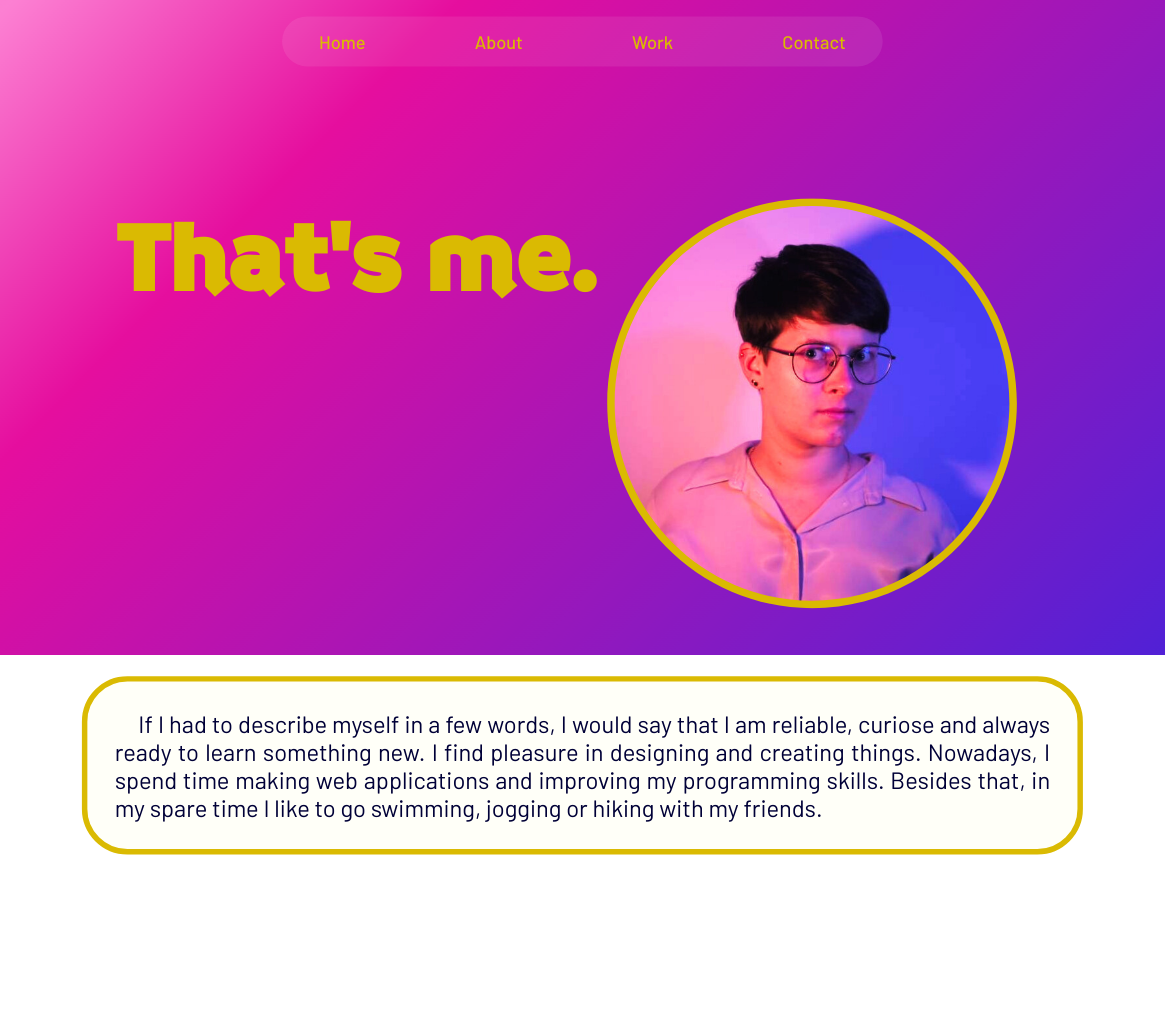
Repository: JJonka/portfolio_site
Page: /about
The author's editor kept a copy of each file at every save. The page is drawn from the files as they stood at one save, then again after the next save.
The browser window is 1280 px wide. The pictures show the whole page, at 91% of full size.
The project was rebuilt for these pictures with package versions that can differ from the ones it lists, and the page was loaded fresh each time. Also part of the build but not shown: vite.config.ts, src/pages/HomePage.tsx, src/components/LogoIcon.module.scss, src/components/LogoIcon.tsx, src/pages/Contact.tsx, src/pages/Work.module.scss, src/pages/Work.tsx.

Above is the page before, as saved 2023-10-08 16:16:00.

After the next save:
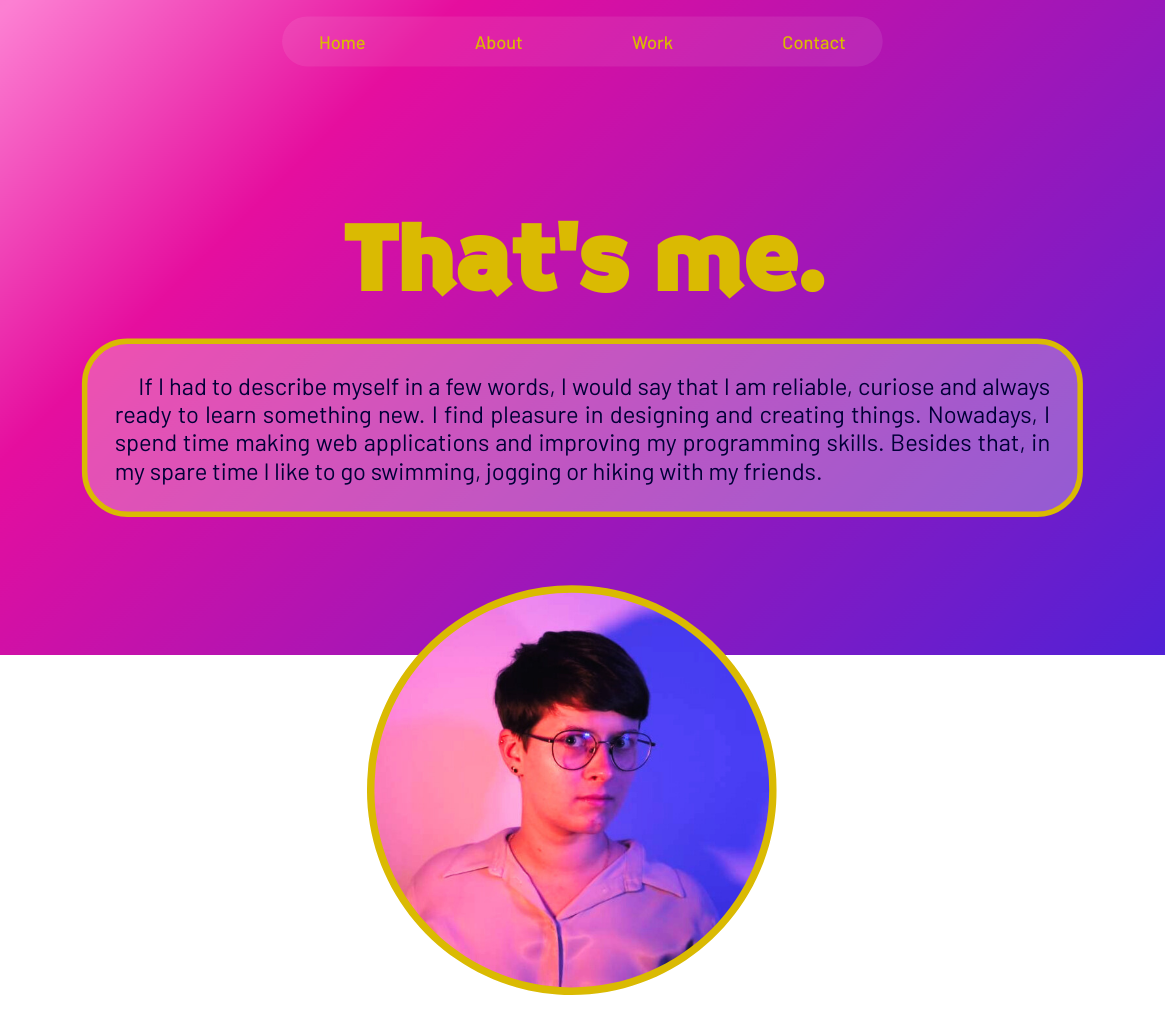
Saved 3 min 18 s later.
--- a/src/pages/About.tsx
+++ b/src/pages/About.tsx
@@ -7,19 +7,17 @@ const About = () => {
         <div className={styles.card}>
             <Menu></Menu>
             <div className={styles.container}>
-                <div className={styles.headerPic}>
+                <div className={styles.text}>
                     <h1 className={styles.header}>That's me.</h1>
-                    <img src="/src/assets/jj.svg" className={styles.image} alt="Jo_pic"></img>
+                    <div className={styles.box}>
+                        <p className={styles.aboutMe}>&emsp;If I had to describe myself in a few words, I would say that I am reliable,
+                            curiose and always ready to learn something new. I find pleasure in designing and creating things. Nowadays,
+                            I spend time making web applications and improving my programming skills. Besides that, in my spare time
+                            I like to go swimming, jogging or hiking with my friends.
+                        </p>
+                    </div>
                 </div>
-                <div className={styles.box}>
-                    <p className={styles.aboutMe}>&emsp;If I had to describe myself in a few words, I would say that I am reliable,
-                        curiose and always ready to learn something new. I find pleasure in designing and creating things. Nowadays,
-                        I spend time making web applications and improving my programming skills. Besides that, in my spare time
-                        I like to go swimming, jogging or hiking with my friends.
-                    </p>
-                </div>
-
-
+                <img src="/src/assets/jj.svg" className={styles.image} alt="Jo_pic"></img>
             </div>
             <EndOfSection></EndOfSection>
         </div>
